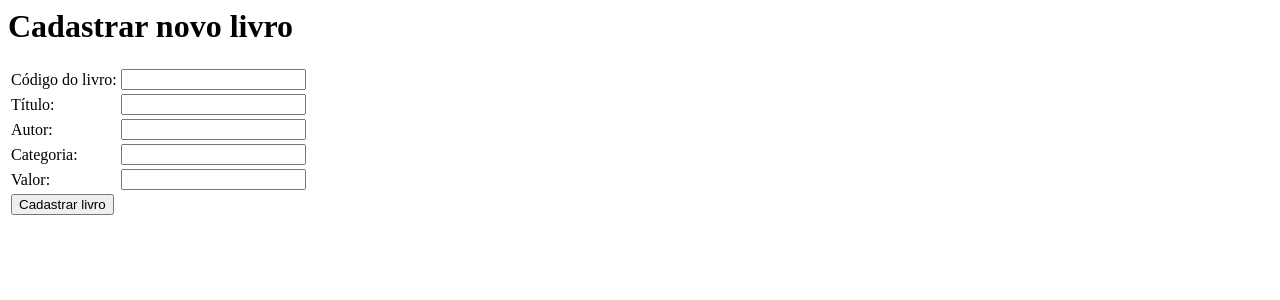
Repository: EikDEV/Atividade-Cliente-Servidor
Page: crudjspjava/src/main/webapp/livroform.html
The author's editor kept a copy of each file at every save. The page is drawn from the files as they stood at one save, then again after the next save.
The browser window is 1280 px wide. The pictures show the whole page.

Above is the page before, as saved 2022-11-05 16:54:54.

### crudjspjava/src/main/webapp/livroform.html
<h1>Cadastrar novo livro</h1>

<form action="addlivro.jsp" method="post">
	<table>
		<tr>
			<td>Código do livro:</td>
			<td><input type="number" name="codlivro" /></td>
		</tr>
		<tr>
			<td>Título:</td>
			<td><input type="text" name="titulo" /></td>
		</tr>
		<tr>
			<td>Autor:</td>
			<td><input type="text" name="autor" /></td>
		</tr>
		<tr>
			<td>Categoria:</td>
			<td><input type="text" name="categoria" /></td>
		</tr>
		<tr>
			<td>Valor:</td>
			<td><input type="number" name="valor" /></td>
		<tr>
			<td colspan="2">
				<input type="submit" value="Cadastrar livro"/>
			</td>
		</tr>
	</table>
</form>

After the next save:
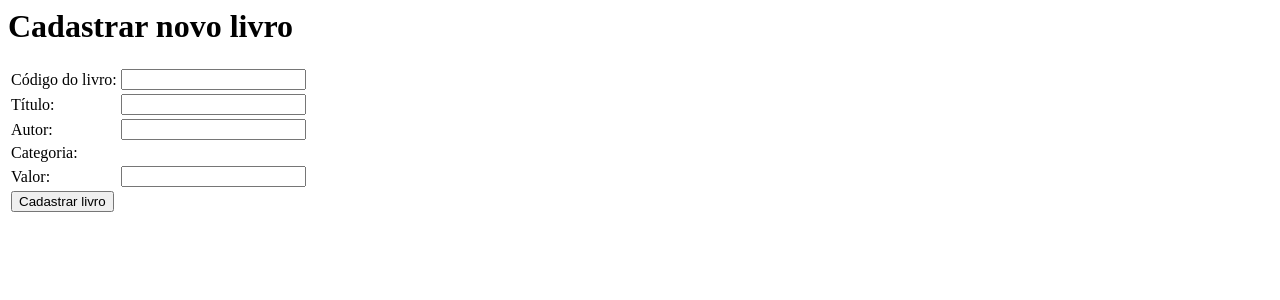
Saved 11 min 10 s later.
--- a/crudjspjava/src/main/webapp/livroform.html
+++ b/crudjspjava/src/main/webapp/livroform.html
@@ -16,7 +16,9 @@
 		</tr>
 		<tr>
 			<td>Categoria:</td>
-			<td><input type="text" name="categoria" /></td>
+			<td>
+
+			</td>
 		</tr>
 		<tr>
 			<td>Valor:</td>
